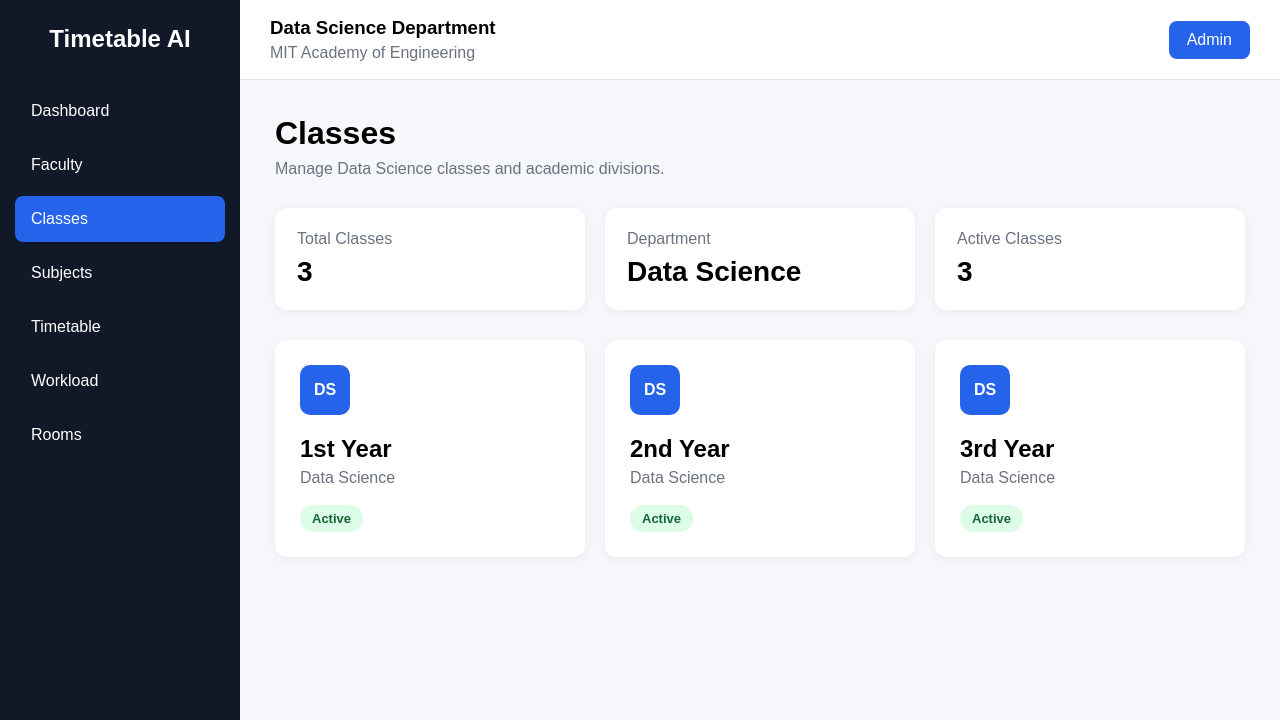
Repository: palak-surana/Intelligent-Timetable-System
Page: /classes (app in frontend/)
These files come from the project's save history. The page is drawn as it stood at one moment and after the next save; the edit follows.
The browser window is 1280 px wide. The pictures show the whole page.
The project was rebuilt for these pictures with package versions that can differ from the ones it lists, and the page was loaded fresh each time. Also part of the build but not shown: frontend/vite.config.js, frontend/src/pages/Dashboard.jsx, frontend/src/pages/Faculty.jsx, frontend/src/pages/Subjects.jsx, frontend/src/pages/Timetable.jsx, frontend/src/pages/Workload.jsx, frontend/src/pages/Rooms.jsx.

Above is the page before, as saved 2026-08-15 22:48:55.

After the next save:
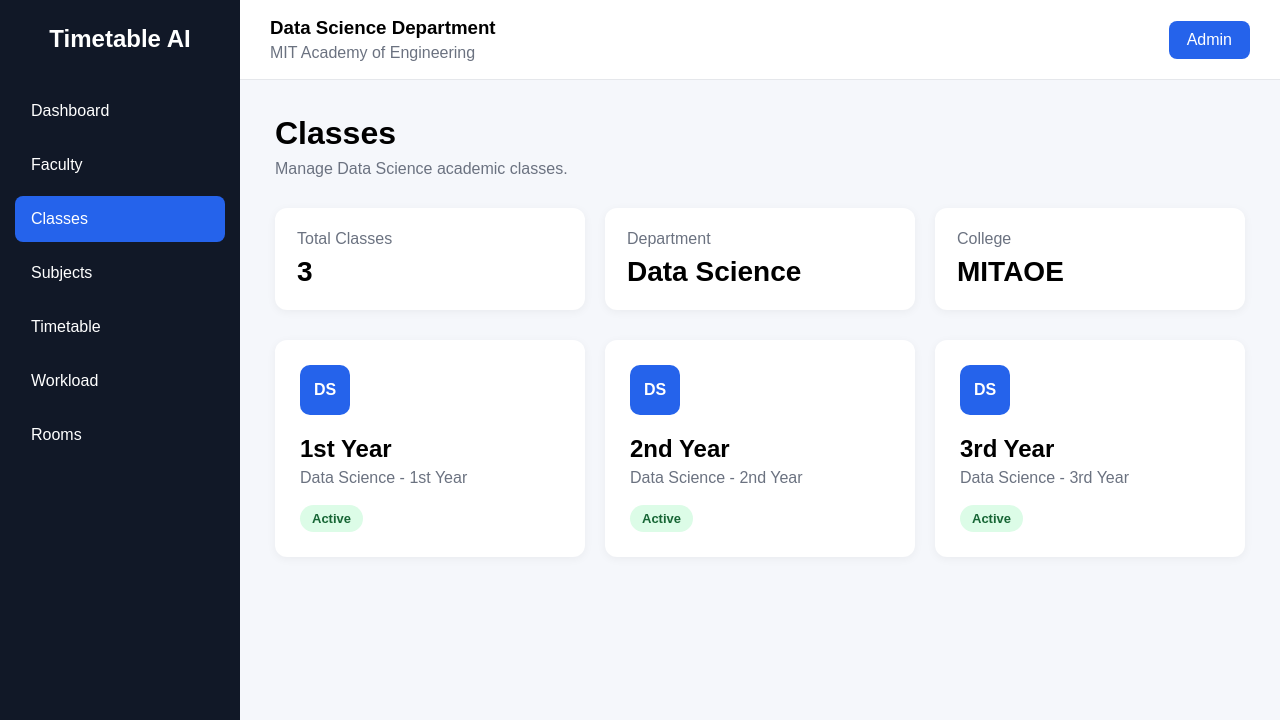
Saved 2 min 16 s later.
--- a/frontend/src/pages/Classes.jsx
+++ b/frontend/src/pages/Classes.jsx
@@ -1,31 +1,14 @@
+import { departmentData } from "../data/departmentData";
+
 function Classes() {
-  const classes = [
-    {
-      year: "1st Year",
-      department: "Data Science",
-      status: "Active",
-    },
-    {
-      year: "2nd Year",
-      department: "Data Science",
-      status: "Active",
-    },
-    {
-      year: "3rd Year",
-      department: "Data Science",
-      status: "Active",
-    },
-  ];
+  const classes = departmentData.classes;
 
   return (
     <main className="page">
-
       <div className="page-header">
         <div>
           <h1>Classes</h1>
-          <p>
-            Manage Data Science classes and academic divisions.
-          </p>
+          <p>Manage Data Science academic classes.</p>
         </div>
       </div>
 
@@ -37,38 +20,28 @@
 
         <div className="summary-card">
           <span>Department</span>
-          <strong>Data Science</strong>
+          <strong>{departmentData.department}</strong>
         </div>
 
         <div className="summary-card">
-          <span>Active Classes</span>
-          <strong>{classes.length}</strong>
+          <span>College</span>
+          <strong>{departmentData.shortName}</strong>
         </div>
       </div>
 
       <div className="class-grid">
+        {classes.map((item) => (
+          <div className="class-card" key={item.id}>
+            <div className="class-icon">DS</div>
 
-        {classes.map((item) => (
-          <div className="class-card" key={item.year}>
+            <h2>{item.year}</h2>
 
-            <div className="class-icon">
-              DS
-            </div>
+            <p>{item.name}</p>
 
-            <div>
-              <h2>{item.year}</h2>
-              <p>{item.department}</p>
-            </div>
-
-            <span className="status">
-              {item.status}
-            </span>
-
+            <span className="status">Active</span>
           </div>
         ))}
-
       </div>
-
     </main>
   );
 }

After the save that followed:
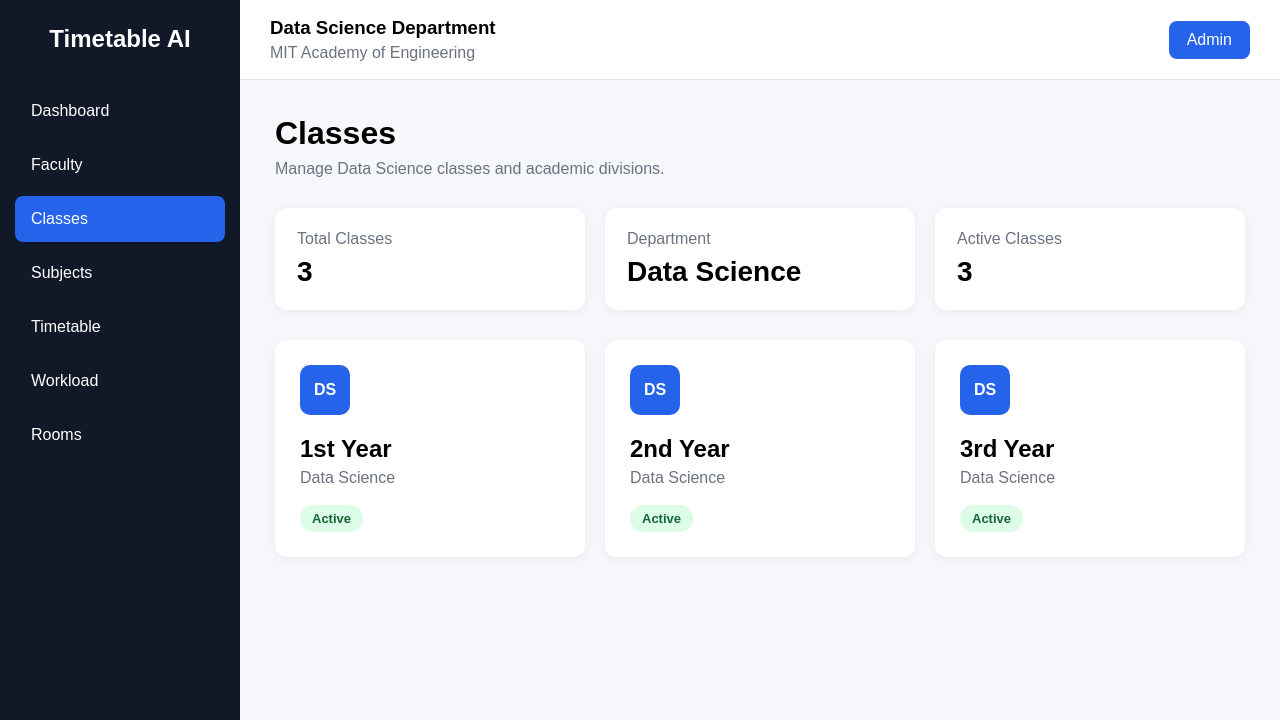
Saved 37 s later.
--- a/frontend/src/pages/Classes.jsx
+++ b/frontend/src/pages/Classes.jsx
@@ -1,14 +1,31 @@
-import { departmentData } from "../data/departmentData";
-
 function Classes() {
-  const classes = departmentData.classes;
+  const classes = [
+    {
+      year: "1st Year",
+      department: "Data Science",
+      status: "Active",
+    },
+    {
+      year: "2nd Year",
+      department: "Data Science",
+      status: "Active",
+    },
+    {
+      year: "3rd Year",
+      department: "Data Science",
+      status: "Active",
+    },
+  ];
 
   return (
     <main className="page">
+
       <div className="page-header">
         <div>
           <h1>Classes</h1>
-          <p>Manage Data Science academic classes.</p>
+          <p>
+            Manage Data Science classes and academic divisions.
+          </p>
         </div>
       </div>
 
@@ -20,28 +37,38 @@
 
         <div className="summary-card">
           <span>Department</span>
-          <strong>{departmentData.department}</strong>
+          <strong>Data Science</strong>
         </div>
 
         <div className="summary-card">
-          <span>College</span>
-          <strong>{departmentData.shortName}</strong>
+          <span>Active Classes</span>
+          <strong>{classes.length}</strong>
         </div>
       </div>
 
       <div className="class-grid">
+
         {classes.map((item) => (
-          <div className="class-card" key={item.id}>
-            <div className="class-icon">DS</div>
+          <div className="class-card" key={item.year}>
 
-            <h2>{item.year}</h2>
+            <div className="class-icon">
+              DS
+            </div>
 
-            <p>{item.name}</p>
+            <div>
+              <h2>{item.year}</h2>
+              <p>{item.department}</p>
+            </div>
 
-            <span className="status">Active</span>
+            <span className="status">
+              {item.status}
+            </span>
+
           </div>
         ))}
+
       </div>
+
     </main>
   );
 }
